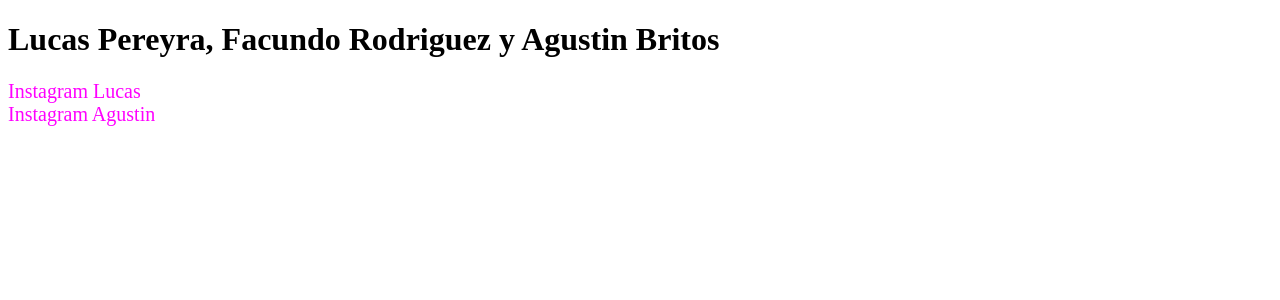
Repository: lucasp3113/coockpad
Page: index.html
An editor plug-in stored every save of this project. The page is shown before and after the next save, followed by the edit.
The browser window is 1280 px wide. The pictures show the whole page.

Above is the page before, as saved 2025-05-12 11:48:14.

After the next save:
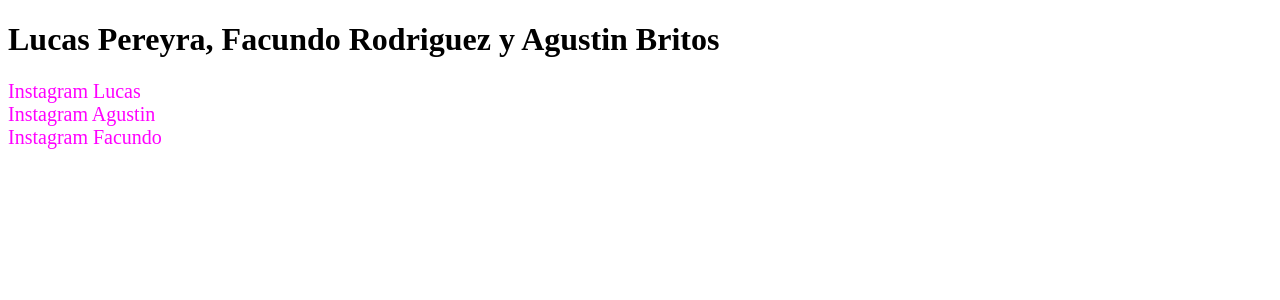
Saved 49 s later.
--- a/index.html
+++ b/index.html
@@ -13,6 +13,7 @@
     <nav>
         <a href="http://instagram.com/_lucaspereyraa/?hl=es">Instagram Lucas</a>
         <a href="https://www.instagram.com/agubritos_/?hl=es">Instagram Agustin</a>
+        <a href="https://www.instagram.com/facundo_rodriguezok/?hl=ess">Instagram Facundo</a>
     </nav>
     <aside></aside>
     <main>
